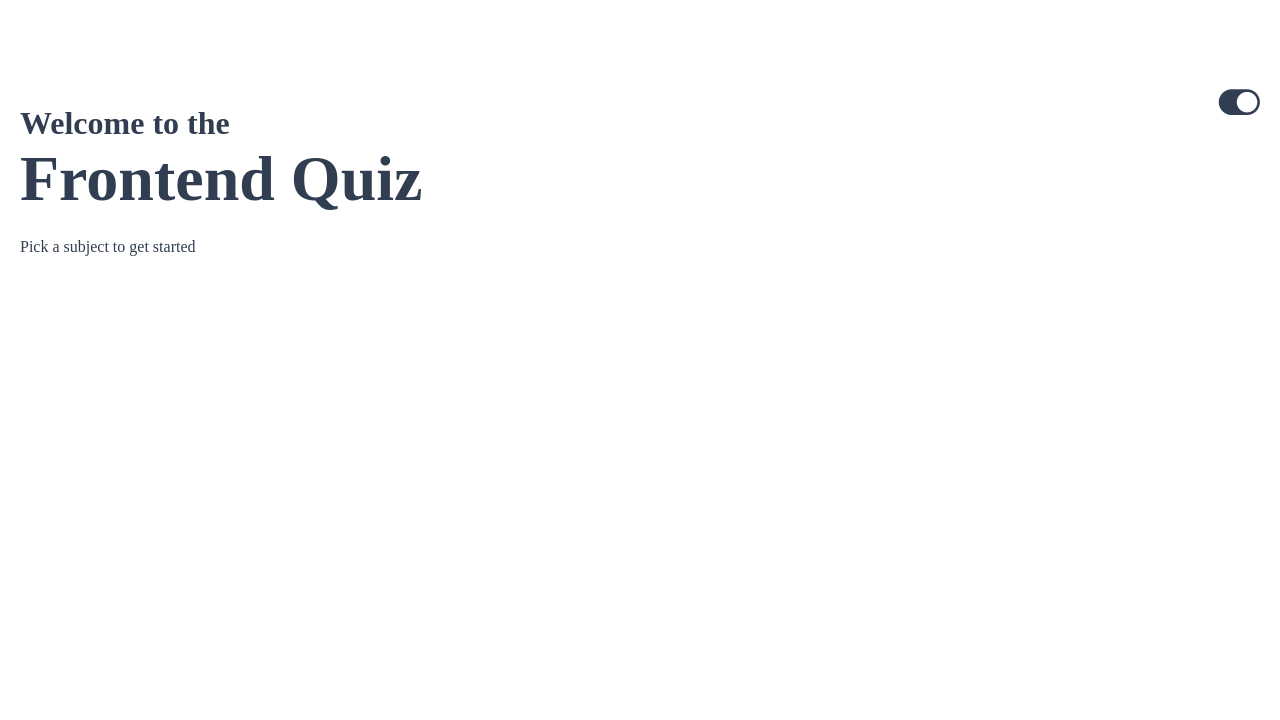
Repository: Daniel054311/Quiz-app-V1
Page: index.html
An editor plug-in stored every save of this project. The page is shown before and after a run of saves, followed by the edit.
The browser window is 1280 px wide. The pictures show the whole page.

Above is the page before, as saved 2024-02-01 11:10:48.

After the next 2 saves:
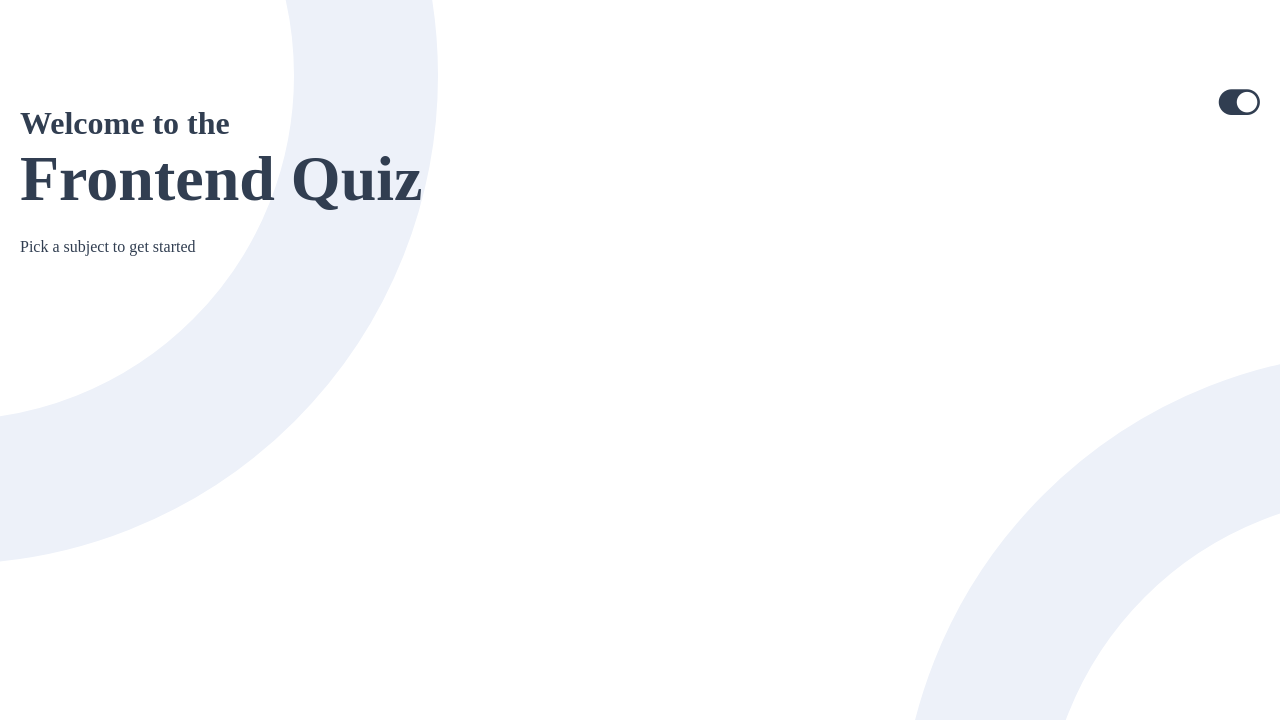
The 2 saves are shown as one change because they came seconds apart.
The last was saved 10 s later.
--- a/asset/style/index.css
+++ b/asset/style/index.css
@@ -6,6 +6,7 @@ body {
     justify-content: center;
     height: 100% !important;
     font-family: Rubik;
+    background-image:url("/images/pattern-background-desktop-light.svg");
     background-color:#f4f6fA;
     color:#313E51;
     transition: background-color 0.3s, color 0.3s;
